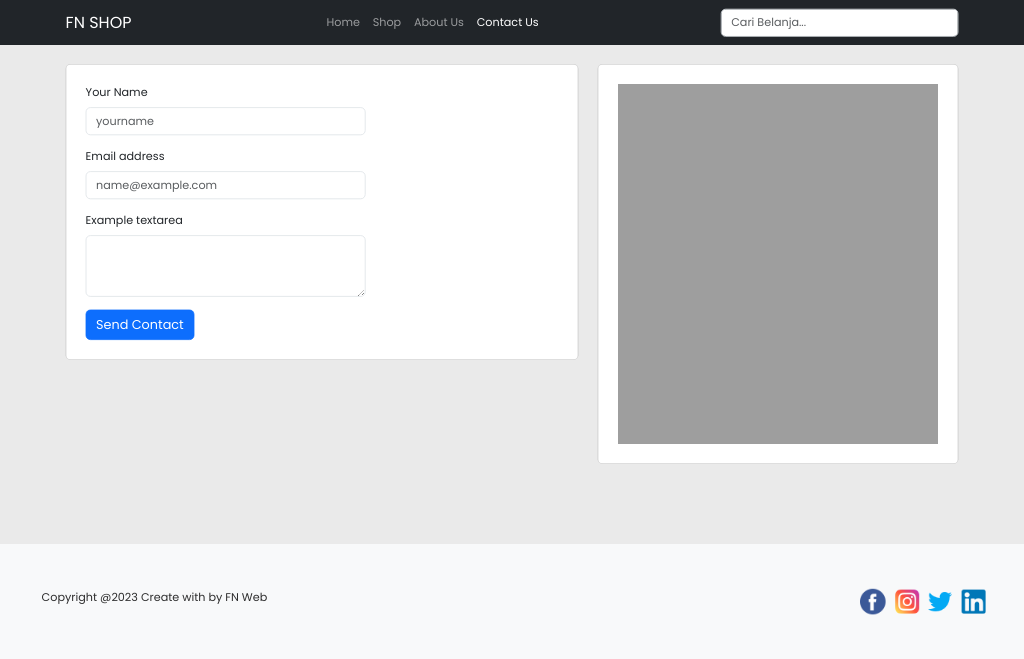
Repository: farhannurrahmat/Ecommerce
Page: contact.html
These files come from the project's save history. The page is drawn as it stood at one moment and after a run of saves; the edit follows.
The browser window is 1280 px wide. The pictures show the whole page, at 80% of full size.
Pictures or frames that could not be fetched are drawn as grey boxes. Some icons come from a web library that is not loaded, so they are not drawn.

Above is the page before, as saved 2024-01-31 08:11:06.

### contact.html
<!doctype html>
<html lang="en">

<head>
  <meta charset="utf-8">
  <meta name="viewport" content="width=device-width, initial-scale=1">
  <title>Ecommerce</title>
  <link href="https://cdn.jsdelivr.net/npm/bootstrap@5.3.0-alpha1/dist/css/bootstrap.min.css" rel="stylesheet"
    integrity="sha384-GLhlTQ8iRABdZLl6O3oVMWSktQOp6b7In1Zl3/Jr59b6EGGoI1aFkw7cmDA6j6gD" crossorigin="anonymous">
  <link rel="stylesheet" type="text/css" href="../stylehome.css">
  <link rel="stylesheet" type="text/css" href="../fontawesome/css/all.min.css">
</head>

<body>

  <nav class="navbar navbar-expand-lg navbar-dark bg-dark sticky-top">
    <div class="container ms-auto">
      <a class="navbar-brand font-bold" href="/index.html">FN SHOP</a>
      <button class="navbar-toggler" type="button" data-bs-toggle="collapse" data-bs-target="#navbarText"
        aria-controls="navbarText" aria-expanded="false" aria-label="Toggle navigation">
        <span class="navbar-toggler-icon"></span>
      </button>
      <div class="collapse navbar-collapse " id="navbarText">
        <ul class="navbar-nav mx-auto mb-2 mb-lg-0">
          <li class="nav-item">
            <a class="nav-link" href="/index.html">Home</a>
          </li>
          <li class="nav-item">
            <a class="nav-link" href="/shop.html">Shop</a>
          </li>
          <li class="nav-item">
            <a class="nav-link" href="/about.html">About Us</a>
          </li>
          <li class="nav-item">
            <a class="nav-link active" aria-current="page"  href="/contact.html">Contact Us</a>
          </li>
        </ul>
        <div>
          <div class="input-group">
            <input type="search" class="form-control" placeholder="Cari Belanja..." aria-describedby="button-addon2">
          </div>

        </div>
      </div>
    </div>
  </nav>

    <main class="container mt-3" style="margin-bottom: 100px;">
        <div class="row gx-4 my-4">
            <div class="col-7">
                <div class="card p-4">
                    <form action="">
                        <div class="mb-3">
                            <label for="exampleFormControlInput1" class="form-label">Your Name</label>
                            <input type="name" class="form-control" id="exampleFormControlInput1" placeholder="yourname">
                        </div>
                        <div class="mb-3">
                            <label for="exampleFormControlInput1" class="form-label">Email address</label>
                            <input type="email" class="form-control" id="exampleFormControlInput1" placeholder="name@example.com">
                        </div>
                        <div class="mb-3">
                            <label for="exampleFormControlTextarea1" class="form-label">Example textarea</label>
                            <textarea class="form-control" id="exampleFormControlTextarea1" rows="3"></textarea>
                        </div>
                        <button type="submit" class="btn btn-primary">Send Contact</button>
                    </form>
                </div>
            </div>
            <div class="col-5">
                <div class="card p-4">
                    <iframe
                        src="https://www.google.com/maps/embed?pb=!1m18!1m12!1m3!1d3963.5823588899393!2d106.68681521406576!3d-6.57427449524533!2m3!1f0!2f0!3f0!3m2!1i1024!2i768!4f13.1!3m3!1m2!1s0x2e69db2b478d2725%3A0xa31558d4689b78c5!2sIslamic%20Boarding%20School%20SMK%20TI%20BAZMA!5e0!3m2!1sen!2sid!4v1675653970806!5m2!1sen!2sid"
                        width="100%" height="450" style="border:0;" allowfullscreen="" loading="lazy"
                        referrerpolicy="no-referrer-when-downgrade"></iframe>
                </div>
            </div>
        </div>
    </main>

    <footer class="bg-light p-5 mt-5">
        <div>
          <div class="row">
            <div class="col-md-6 text-md-start text-center pt-2 pb-2">
              <span class="ps-1">Copyright @2023 Create with <i class="fas fa-heart text danger"></i>by FN Web </span>
            </div>

            <div class="col-md-6 text-md-end text-center pt-2 pb-2">
              <a href="#" class="text-decoration-none">
                <img src="../sosialMedia/facebook.png" class="ms-2" style="width: 32px;">
              </a>
              <a href="#" class="text-decoration-none">
                <img src="../sosialMedia/instagram.png" class="ms-2" style="width: 30px;">
              </a>
              <a href="#" class="text-decoration-none">
                <img src="../sosialMedia/twitter.png" class="ms-2" style="width: 30px;">
              </a>
              <a href="#" class="text-decoration-none">
                <img src="../sosialMedia/linkedin.png" class="ms-2" style="width: 30px;">
              </a>
            </div>
          </div>
        </div>

      </footer>


    <script src="https://cdn.jsdelivr.net/npm/bootstrap@5.0.2/dist/js/bootstrap.bundle.min.js"
        integrity="sha384-MrcW6ZMFYlzcLA8Nl+NtUVF0sA7MsXsP1UyJoMp4YLEuNSfAP+JcXn/tWtIaxVXM"
        crossorigin="anonymous"></script>


    <script src="https://cdn.jsdelivr.net/npm/@popperjs/core@2.9.2/dist/umd/popper.min.js"
        integrity="sha384-IQsoLXl5PILFhosVNubq5LC7Qb9DXgDA9i+tQ8Zj3iwWAwPtgFTxbJ8NT4GN1R8p"
        crossorigin="anonymous"></script>

</body>

</html>

### stylehome.css
@import url('https://fonts.googleapis.com/css2?family=Poppins:ital,wght@0,100;0,200;0,300;0,400;0,500;0,600;0,700;0,800;0,900;1,100;1,200;1,300;1,400;1,500;1,600;1,700;1,800;1,900&display=swap');
body {
    background-color: #EAEAEA;
    font-family: 'Poppins', sans-serif;
    color: #2D2D2D;
    font-size: 14px;
}


.form-control {
    font-size: 14px;
}

@media screen and (min-width: 994px) {
.form-control {
    width: 350px;
}
}

@media screen and (min-width: 994px) {
.navbar-nav {
     text-align: center
}
}

.img-categori {
    width: 50px;
}

.img-categori:hover {
    transform: scale(1.2);
    transition: 0.2s;
}

.row-container {
    background-color: #fff;
    margin: 0px;
}

.card:hover {
    border: 1px solid #2d2d2d;
}

After the next 2 saves:
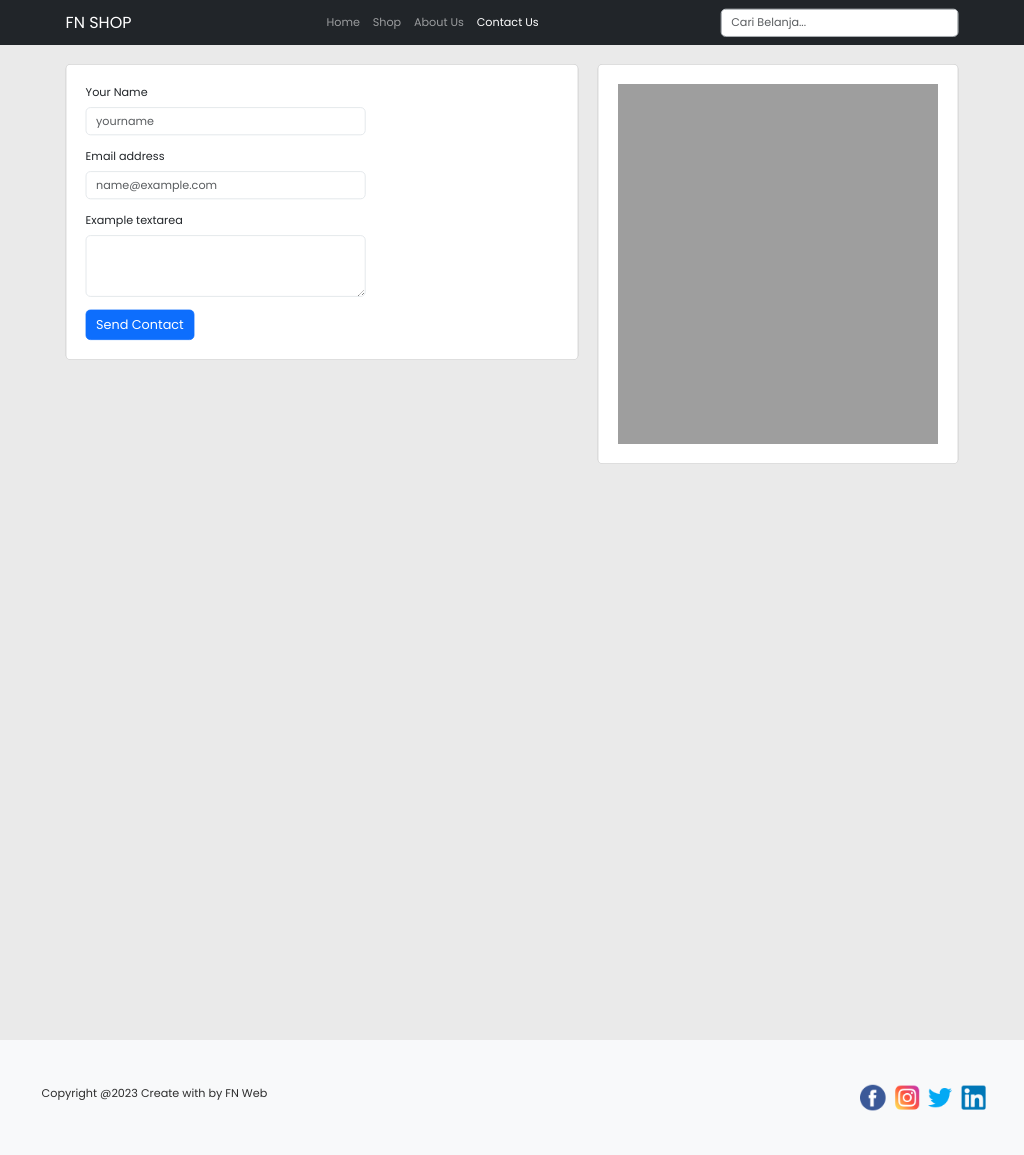
The 2 saves are shown as one change because they came seconds apart.
The last was saved 25 s later.
--- a/contact.html
+++ b/contact.html
@@ -45,7 +45,7 @@
     </div>
   </nav>
 
-    <main class="container mt-3" style="margin-bottom: 100px;">
+    <main class="container mt-3" style="margin-bottom: 100vh;">
         <div class="row gx-4 my-4">
             <div class="col-7">
                 <div class="card p-4">
